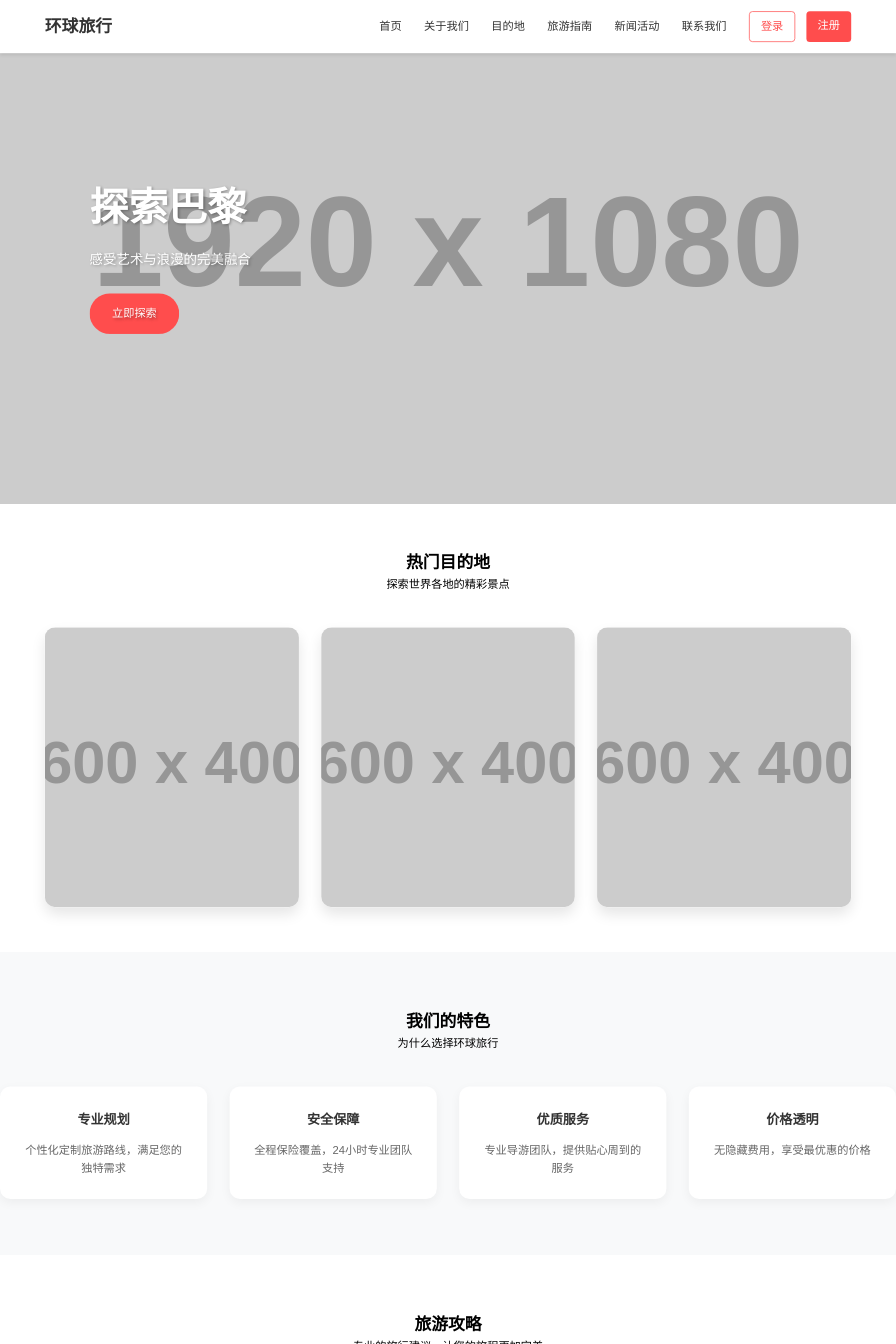
Repository: huang-heavenly-Emperor/travel_1
Page: index.html
These files come from the project's save history. The page is drawn as it stood at one moment and after the next save; the edit follows.
The browser window is 1280 px wide. The pictures show the part of the page from y = 0 to 1920 px (the page is 4300 px tall), at 70% of full size.

Above is the page before, as saved 2024-11-18 02:52:42.

After the next save:
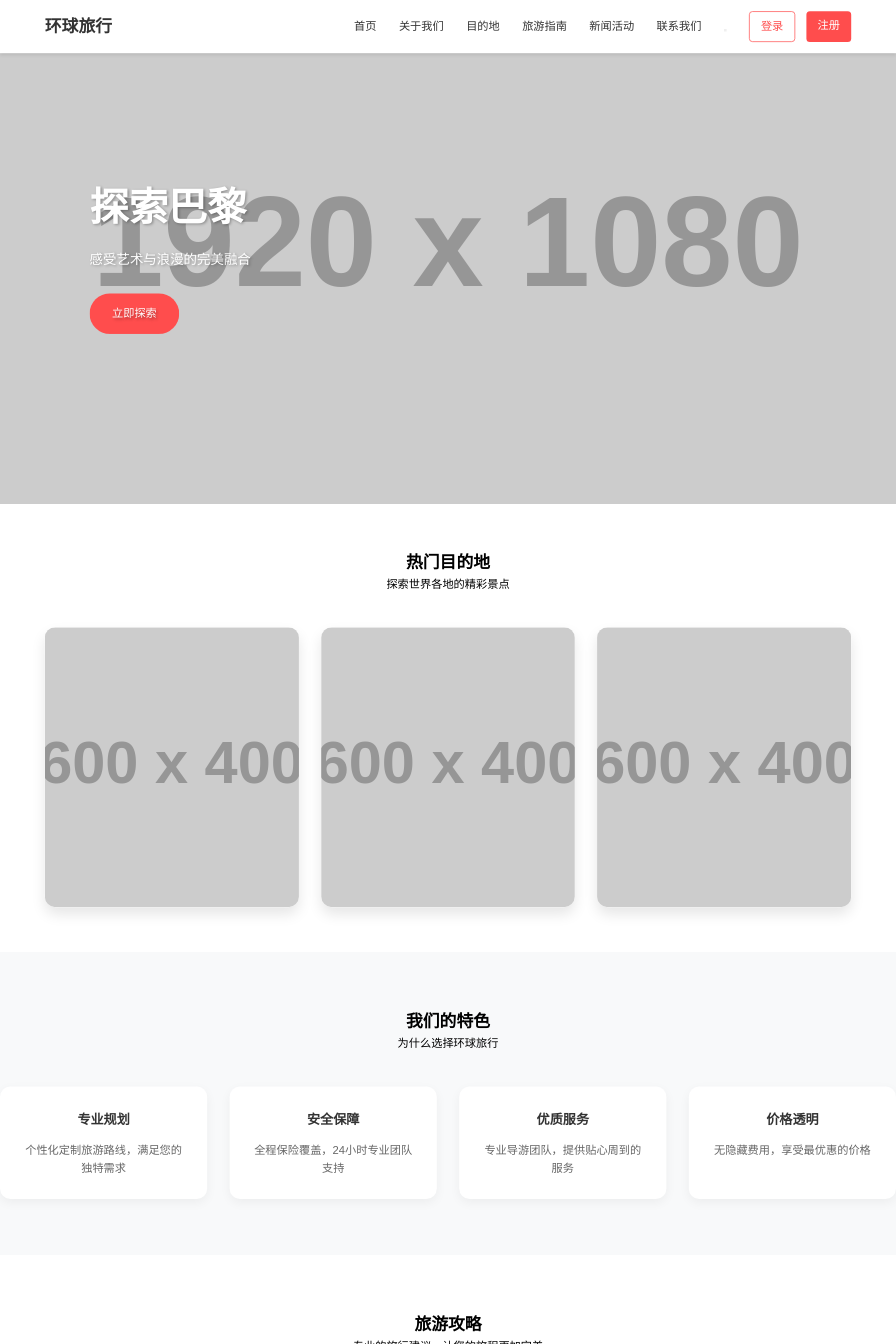
Saved 37 s later.
--- a/index.html
+++ b/index.html
@@ -32,7 +32,12 @@
                 <li><a href="pages/news-events.html">新闻活动</a></li>
                 <li><a href="pages/contact.html">联系我们</a></li>
             </ul>
-
+            <div class="theme-switch">
+              <button class="theme-toggle" aria-label="切换主题">
+                  <i class="fas fa-sun light-icon"></i>
+                  <i class="fas fa-moon dark-icon"></i>
+              </button>
+          </div>
             <div class="nav-auth">
                 <a href="pages/login.html" class="btn-login">登录</a>
                 <a href="pages/register.html" class="btn-register">注册</a>
